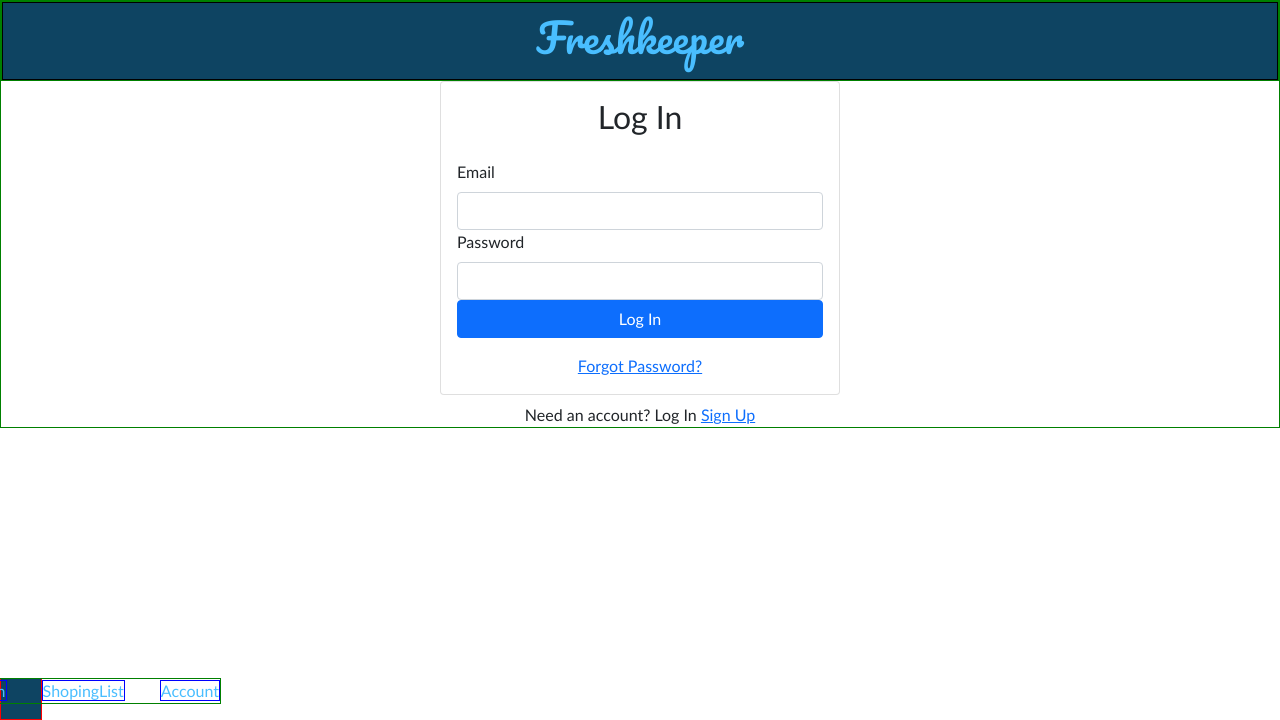
Repository: patrik-fredlund/freshkeeper-repo
Page: /
The author's editor kept a copy of each file at every save. The page is drawn from the files as they stood at one save, then again after the next save.
The browser window is 1280 px wide. The pictures show the whole page.
The project was rebuilt for these pictures with package versions that can differ from the ones it lists, and the page was loaded fresh each time. Also part of the build but not shown: src/components/Signup.js, src/components/Account.js, src/components/ForgotPassword.js, src/components/UpdateProfile.js, src/components/Storage.js, src/components/Shopinglist.js, src/components/AddItem.js.

Above is the page before, as saved 2021-10-18 13:41:12.

### public/index.html
<!DOCTYPE html>
<html lang="en">

<head>
  <meta charset="utf-8" />
  <link rel="icon" href="%PUBLIC_URL%/favicon.ico" />
  <meta name="viewport" content="width=device-width, initial-scale=1" />
  <meta name="theme-color" content="#000000" />
  <meta name="description" content="Web site created using create-react-app" />
  <link rel="apple-touch-icon" href="%PUBLIC_URL%/logo192.png" />

  <link rel="manifest" href="%PUBLIC_URL%/manifest.json" />

  <title>Freshkeeper</title>
</head>

<body>
  <noscript>You need to enable JavaScript to run this app.</noscript>
  <div id="root"></div>

</body>

</html>

### src/index.js
import React from 'react';
import ReactDOM from 'react-dom';
import App from './components/App';
import 'bootstrap/dist/css/bootstrap.min.css';

ReactDOM.render(
  <React.StrictMode>
    <App />
  </React.StrictMode>,
  document.getElementById('root')
);

### src/components/App.js
import { Container } from 'react-bootstrap';
import '../App.css';
import Signup from './Signup';
import { AuthProvider } from '../context/AuthContext';
import { BrowserRouter as Router, Switch, Route } from 'react-router-dom';
import Account from './Account';
import Login from './Login';
import PrivateRoute from './PrivateRoute';
import ForgotPassword from './ForgotPassword';
import UpdateProfile from './UpdateProfile';
import Storage from './Storage';
import { AppWrap } from './appStyles';
import Header from './header/header';
import ShopingList from './Shopinglist';
import AddItem from './AddItem';
import Navbar from './navbar/Navbar';

function App() {
  return (
    <>
      <AppWrap>
        <Header />
        <Container
          className='d-flex align-items-center justify-content-center'
          // style={{ minHeight: '10vh' }}
        >
          <div className='w-100' style={{ maxWidth: '400px' }}>
            <Router>
              <AuthProvider>
                <Switch>
                  <PrivateRoute exact path='/' component={Storage} />
                  <PrivateRoute path='/additem' component={AddItem} />
                  <PrivateRoute path='/shopinglist' component={ShopingList} />
                  <PrivateRoute path='/account' component={Account} />
                  <PrivateRoute
                    path='/update-profile'
                    component={UpdateProfile}
                  />
                  <Route path='/signup' component={Signup} />
                  <Route path='/login' component={Login} />
                  <Route path='/forgot-password' component={ForgotPassword} />
                </Switch>
              </AuthProvider>
            </Router>
          </div>
        </Container>
      </AppWrap>
      <Navbar />
    </>
  );
}

export default App;

### src/App.css
@import url('https://fonts.googleapis.com/css2?family=Pacifico&display=swap');

* {
  box-sizing: border-box;
  margin: 0;
  padding: 0;
  font-family: 'Gill Sans', 'Gill Sans MT', Calibri, 'Trebuchet MS', sans-serif;
}

.container {
  display: flex;
  flex-direction: column;
  justify-content: center;
  align-items: center;
}

.top_nav {
  display: flex;
  flex-direction: row;
  justify-content: center;
  align-items: center;
  padding: 14px 16px 14px 18px;

  position: absolute;
  width: 414px;
  height: 65px;
  left: 0px;
  top: 0px;

  background: #0e4462;
  border-radius: 4px;
}

.freshkeeper_header {
  position: static;

  font-family: 'Pacifico', cursive;

  font-weight: normal;
  font-size: 20px;

  display: flex;
  align-items: center;
  text-align: center;

  color: #49beff;

  /* Inside Auto Layout */

  flex: none;
  order: 0;
  flex-grow: 0;
  margin: 0px 10px;
}

### src/context/AuthContext.js
import React, { useContext, useState, useEffect } from 'react';
import { auth } from '../firebase';

const AuthContext = React.createContext();

export function useAuth() {
  return useContext(AuthContext);
}

export function AuthProvider({ children }) {
  const [currentUser, setCurrentUser] = useState();
  const [loading, setLoading] = useState(true);

  function signup(email, password) {
    return auth.createUserWithEmailAndPassword(email, password);
  }

  function login(email, password) {
    return auth.signInWithEmailAndPassword(email, password);
  }

  function logout() {
    return auth.signOut();
  }

  function resetPassword(email) {
    return auth.sendPasswordResetEmail(email);
  }

  function updateEmail(email) {
    return currentUser.updateEmail(email);
  }

  function updatePassword(password) {
    return currentUser.updatePassword(password);
  }

  useEffect(() => {
    const unsubscribe = auth.onAuthStateChanged((user) => {
      setCurrentUser(user);
      setLoading(false);
    });
    return unsubscribe;
  }, []);

  const value = {
    currentUser,
    login,
    signup,
    logout,
    resetPassword,
    updateEmail,
    updatePassword,
  };

  return (
    <AuthContext.Provider value={value}>
      {!loading && children}
    </AuthContext.Provider>
  );
}

### src/components/Login.js
import React, { useRef, useState } from 'react';
import { Form, Button, Card, Alert } from 'react-bootstrap';
import { useAuth } from '../context/AuthContext';
import { Link, useHistory } from 'react-router-dom';

export default function Login() {
  const emailRef = useRef();
  const passwordRef = useRef();
  const { login } = useAuth();
  const [error, setError] = useState('');
  const [loading, setLoading] = useState(false);
  const history = useHistory();

  async function handleSubmit(e) {
    e.preventDefault();

    try {
      setError('');
      setLoading(true);
      await login(emailRef.current.value, passwordRef.current.value);
      history.push('/');
    } catch {
      setError('Failed to Log In');
    }

    setLoading(false);
  }

  return (
    <>
      <Card>
        <Card.Body>
          <h2 className='text-center mb-4'>Log In</h2>

          {error && <Alert variant='danger'>{error}</Alert>}
          <Form onSubmit={handleSubmit}>
            <Form.Group id='email'>
              <Form.Label>Email</Form.Label>
              <Form.Control type='email' ref={emailRef} required />
            </Form.Group>
            <Form.Group id='password'>
              <Form.Label>Password</Form.Label>
              <Form.Control type='password' ref={passwordRef} required />
            </Form.Group>

            <Button disabled={loading} className='w-100' type='submit'>
              Log In
            </Button>
          </Form>
          <div className='w-100 text-center mt-3'>
            <Link to='/forgot-password'>Forgot Password?</Link>
          </div>
        </Card.Body>
      </Card>
      <div className='w-100 text-center mt-2'>
        Need an account? Log In <Link to='/signup'>Sign Up </Link>
      </div>
    </>
  );
}

### src/components/PrivateRoute.js
import React from 'react';
import { Route, Redirect } from 'react-router-dom';
import { useAuth } from '../context/AuthContext';

export default function PrivateRoute({ component: Component, ...rest }) {
  const { currentUser } = useAuth();

  return (
    <Route
      {...rest}
      render={(props) => {
        return currentUser ? (
          <Component {...props} />
        ) : (
          <Redirect to='/login' />
        );
      }}
    ></Route>
  );
}

### src/components/appStyles.js
import styled from 'styled-components';

export const AppWrap = styled.div`
  /* display: flex;
  flex-flow: column; */
  width: 100%;
  border: 1px solid green;
  /* height: 400px; */
`;

### src/components/header/header.js
import React from 'react';
import GlobalStyle from '../globalStyles';
import { HeaderWrap } from './headerStyles';

function Header() {
  return (
    <HeaderWrap>
      <GlobalStyle />
      {/* <div className='top_nav'>
        <h2 className='freshkeeper_header'>Freshkeeper</h2>
      </div> */}
      <div className='headerContainer'>
        <h1>Freshkeeper</h1>
      </div>
    </HeaderWrap>
  );
}

export default Header;

### src/components/navbar/Navbar.js
import React from 'react';
import { AppWrap } from '../appStyles';
import { HeaderWrap } from '../header/headerStyles';
import { MenuList } from './MenuList';
import { NavbarStyles } from './navbarStyles';

const Navbar = () => {
  const menuList = MenuList.map(({ url, title, index }) => {
    return (
      <li key={index}>
        <a href={url}>{title}</a>
      </li>
    );
  });

  return (
    <NavbarStyles>
      <ul className='menu-list'>{menuList} </ul>
    </NavbarStyles>
  );
};

export default Navbar;

### src/firebase.js
import firebase from 'firebase/compat/app';
import 'firebase/compat/auth';

const app = firebase.initializeApp({
  apiKey: process.env.REACT_APP_FIREBASE_API_KEY,
  authDomain: process.env.REACT_APP_FIREBASE_AUTH_DOMAIN,
  projectId: process.env.REACT_APP_FIREBASE_PROJECT_ID,
  storageBucket: process.env.REACT_APP_FIREBASE_STORAGE_BUCKET,
  messagingSenderId: process.env.REACT_APP_FIREBASE_MESSAGE_SENDER_ID,
  appId: process.env.REACT_APP_FIREBASE_APP_ID,
});

export const auth = app.auth();
export default app;

### src/components/globalStyles.js
import { createGlobalStyle } from 'styled-components';

const GlobalStyle = createGlobalStyle`
@import url('https://fonts.googleapis.com/css2?family=Pacifico&display=swap');

  h1 {
     font-family: 'pacifico';
  }
`;

export default GlobalStyle;

### src/components/header/headerStyles.js
import styled from 'styled-components';

export const HeaderWrap = styled.div`
  width: 100%;
  border: 1px solid green;

  .headerContainer {
    border: 1px solid black;
    background-color: #0e4462;
    color: #49beff;
    padding: 10px 0;
    display: flex;
    align-items: center;
    justify-content: center;
  }
`;

### src/components/navbar/MenuList.js
export const MenuList = [
  {
    title: 'Storage',
    url: '/',
  },
  {
    title: 'AddItem',
    url: '/additem',
  },
  {
    title: 'ShopingList',
    url: '/shopinglist',
  },
  {
    title: 'Account',
    url: '/account',
  },
];

### src/components/navbar/navbarStyles.js
import styled from 'styled-components';

export const NavbarStyles = styled.div`
  border: 1px solid red;
  display: flex;
  /* max-width: 400px; */
  justify-content: center;
  align-items: center;
  background-color: #0e4462;
  padding: 20px;
  position: relative;
  z-index: 99;
  margin: auto;

  position: fixed;
  bottom: 0;

  .menu-list {
    display: flex;
    align-items: center;
    list-style-type: none;
    width: 100%;
    border: 1px solid green;
    justify-content: space-between;
    max-width: 400px;
    position: fixed;
    bottom: 0;

    /* padding: 10px 10px; */
  }

  a {
    color: #49beff;

    text-decoration: none;
    border: 1px solid blue;
    /* padding: 10px; */
  }
`;

After the next save:
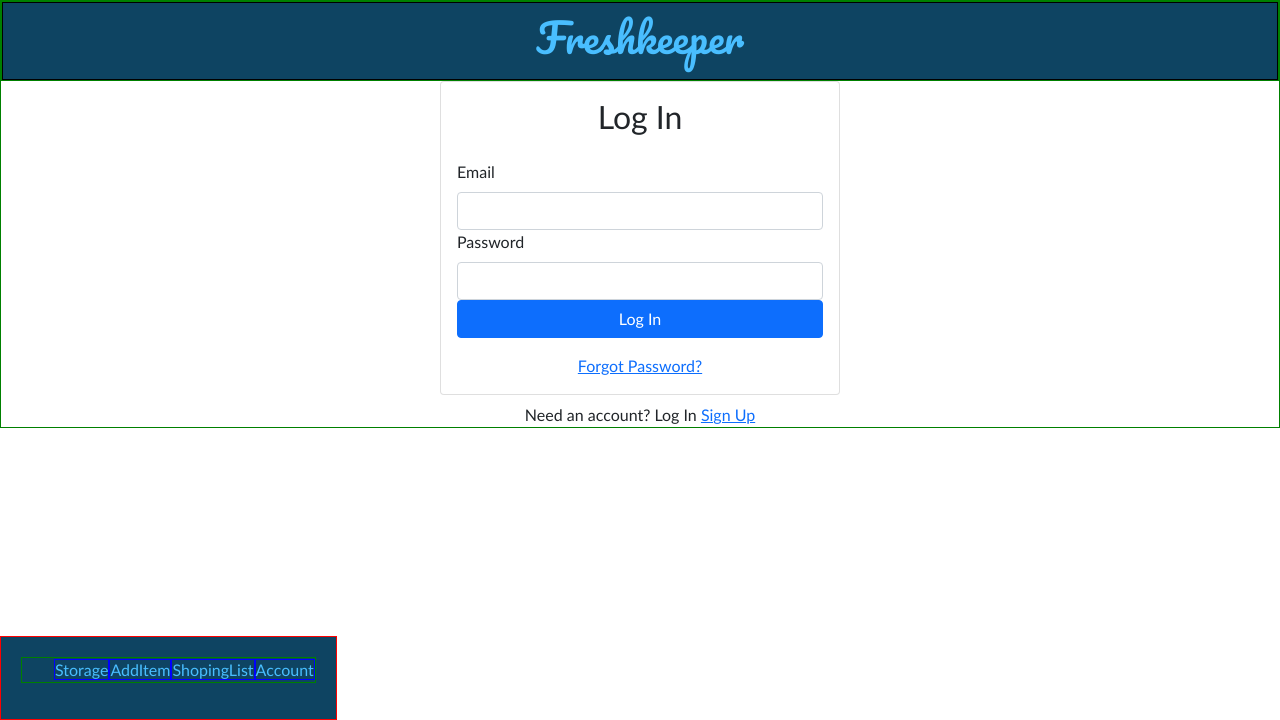
Saved 12 s later.
--- a/src/components/navbar/navbarStyles.js
+++ b/src/components/navbar/navbarStyles.js
@@ -23,8 +23,8 @@ export const NavbarStyles = styled.div`
     border: 1px solid green;
     justify-content: space-between;
     max-width: 400px;
-    position: fixed;
-    bottom: 0;
+    /* position: fixed;
+    bottom: 0; */
 
     /* padding: 10px 10px; */
   }
